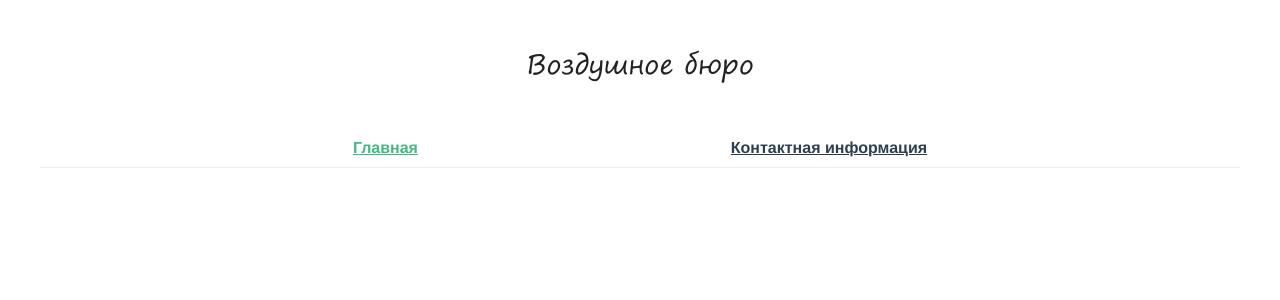
Repository: Skotix-0/balloons
Page: /
The author's editor kept a copy of each file at every save. The page is drawn from the files as they stood at one save, then again after the next save.
The browser window is 1280 px wide. The pictures show the whole page.
The project was rebuilt for these pictures with package versions that can differ from the ones it lists, and the page was loaded fresh each time. Also part of the build but not shown: vue.config.js. Imported but missing from the stored project, and not drawn on this page: src/views/ContactView.vue.

Above is the page before, as saved 2022-09-13 19:05:25.

After the next save:
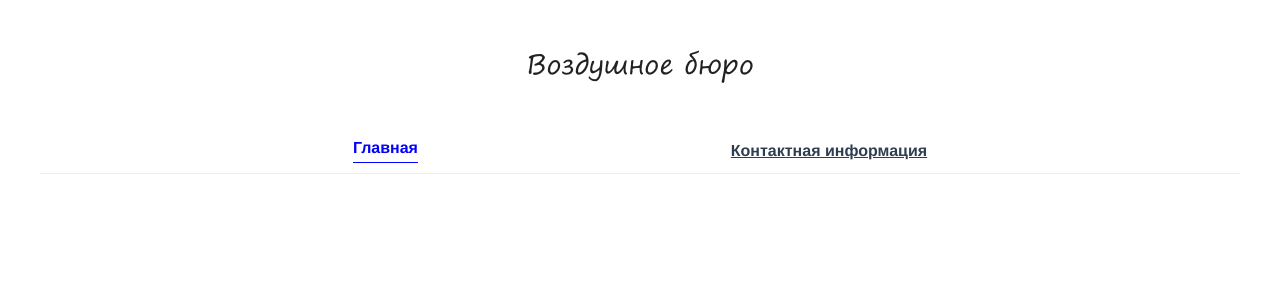
Saved 73 s later.
--- a/src/App.vue
+++ b/src/App.vue
@@ -36,6 +36,10 @@
 }
 
 nav a.router-link-exact-active {
-  color: #42b983;
+  color: blue;
+  text-decoration: none;
+  display: inline-block;
+  border-bottom: 1px solid blue;
+  padding-bottom: 5px;
 }
 </style>
